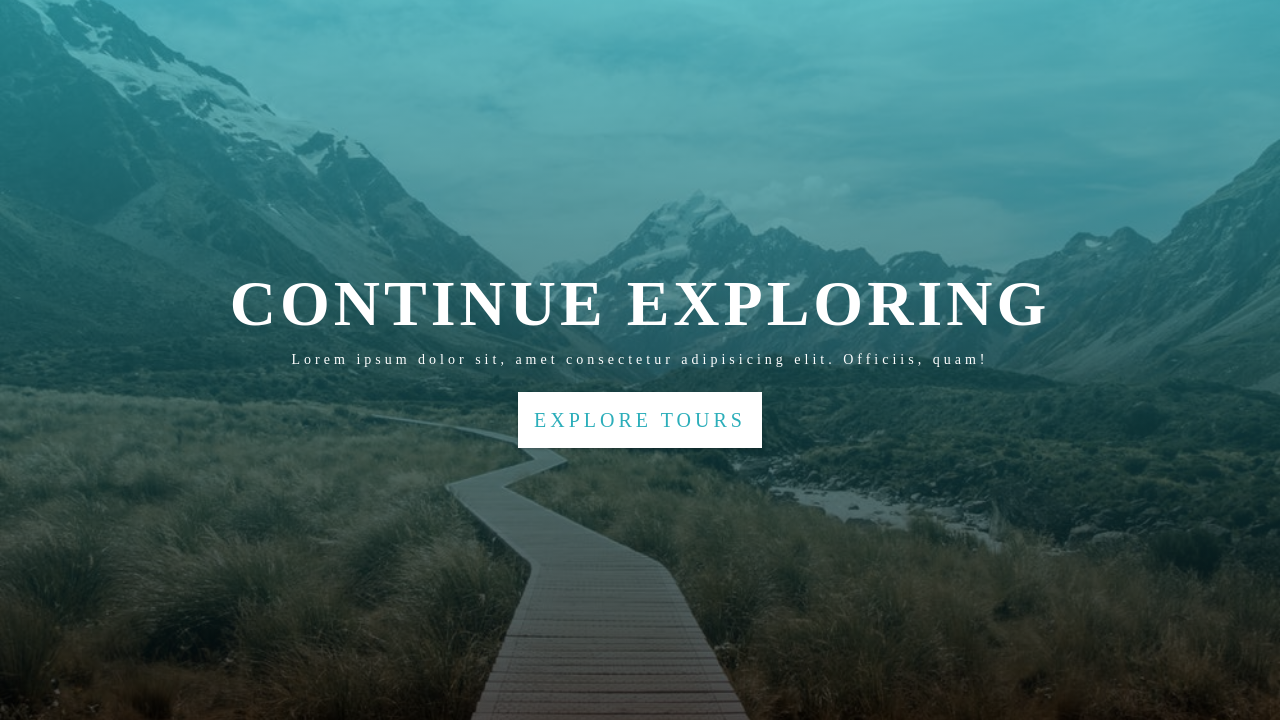
Repository: Ndifoinhilary/flexbox-project
Page: index.html
The author's editor kept a copy of each file at every save. The page is drawn from the files as they stood at one save, then again after the next save.
The browser window is 1280 px wide. The pictures show the whole page.

Above is the page before, as saved 2024-01-18 14:39:34.

After the next save:
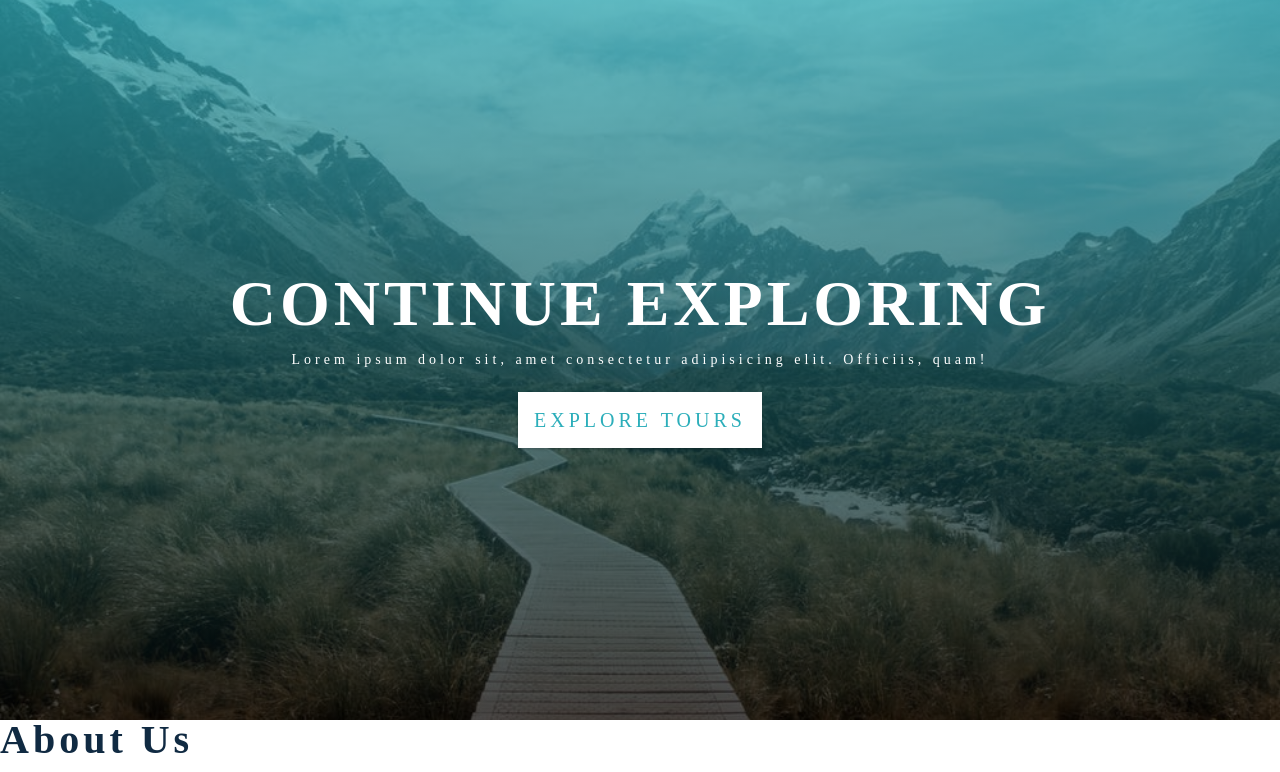
Saved 3 min 26 s later.
--- a/index.html
+++ b/index.html
@@ -26,6 +26,14 @@
   </div>
    <!-- end of hero section  -->
     </header>
-
+    <!-- end of header -->
+   <!-- section -->
+    <section class="section" id="about">
+      <!-- section title -->
+      <div class="section-title">
+        <h2>about <span>us</span></h2>
+      </div>
+    </section>
+    <!-- end of section -->
   </body>
 </html>
